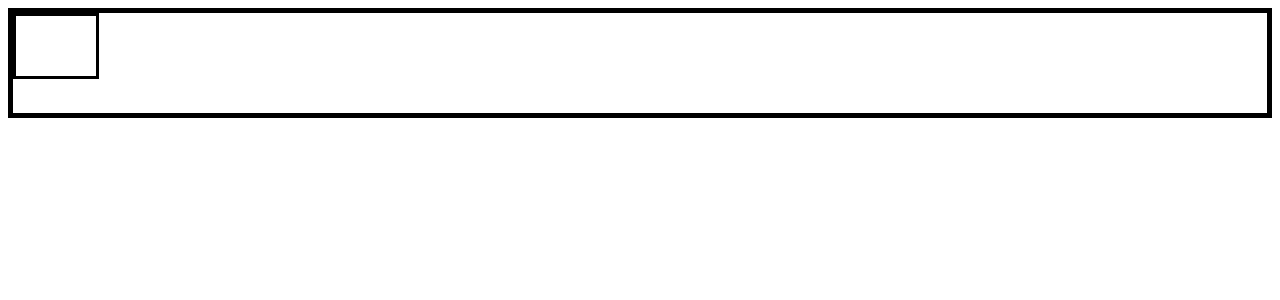
Repository: cartervandekamp/htmlstructure.mdia2003
Page: htmlstructure-psd/index.html
These files come from the project's save history. The page is drawn as it stood at one moment and after a run of saves; the edit follows.
The browser window is 1280 px wide. The pictures show the whole page.

Above is the page before, as saved 2023-01-16 17:55:49.

After the next 2 saves:
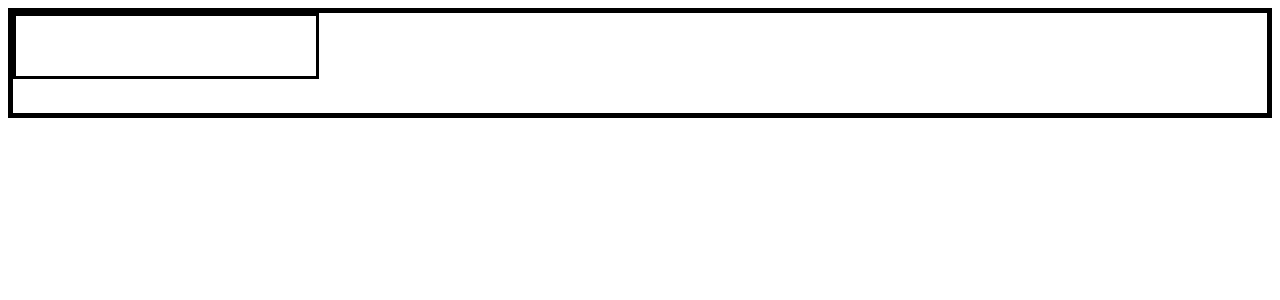
The 2 saves are shown as one change because they came seconds apart.
The last was saved 9 s later.
--- a/htmlstructure-psd/style.css
+++ b/htmlstructure-psd/style.css
@@ -12,7 +12,7 @@ body {
 
 .topleft {
     height: 60px;
-    width: 80px;
+    width: 300px;
     border-style: solid;
     border-color: black;
 }
